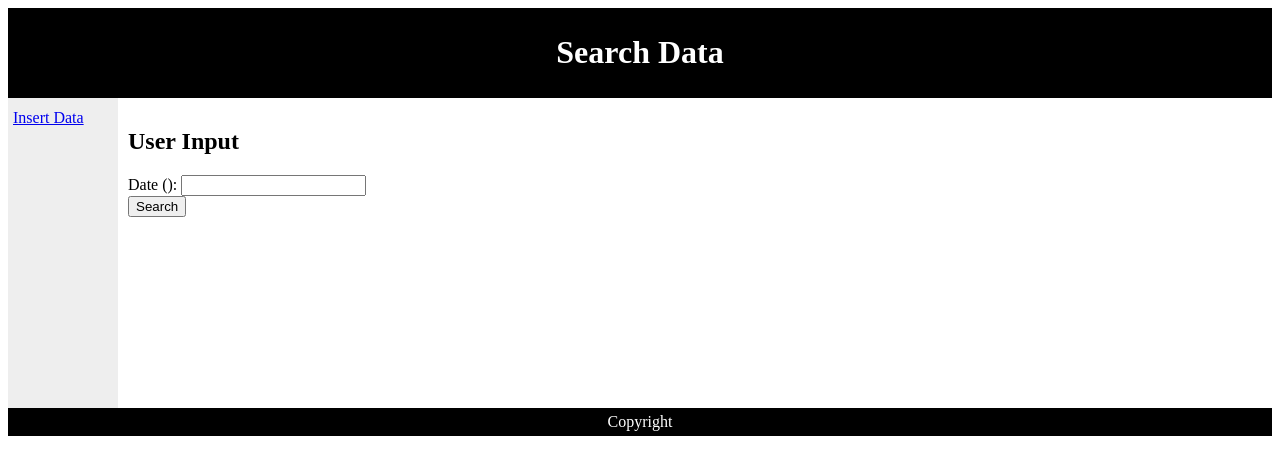
Repository: wthompson2/SoftwareEngineering4830
Page: WeightWatcherWebsiteThompson/WebContent/search_thompson.html
An editor plug-in stored every save of this project. The page is shown before and after the next save, followed by the edit.
The browser window is 1280 px wide. The pictures show the whole page.

Above is the page before, as saved 2020-02-27 03:32:42.

After the next save:
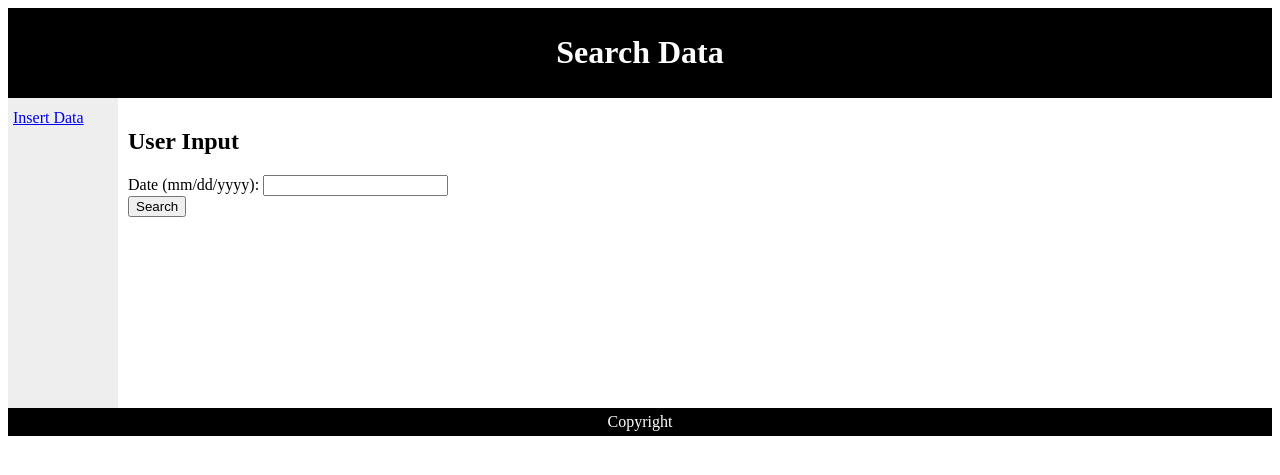
Saved 5 s later.
--- a/WeightWatcherWebsiteThompson/WebContent/search_thompson.html
+++ b/WeightWatcherWebsiteThompson/WebContent/search_thompson.html
@@ -44,7 +44,7 @@ footer {
 
 	<form action="SearchThompson" method="POST">
 
-		Date (): <input type="text" name="keyword"> <br />
+		Date (mm/dd/yyyy): <input type="text" name="keyword"> <br />
 
 		<input type="submit" value="Search" />
 	</form>
